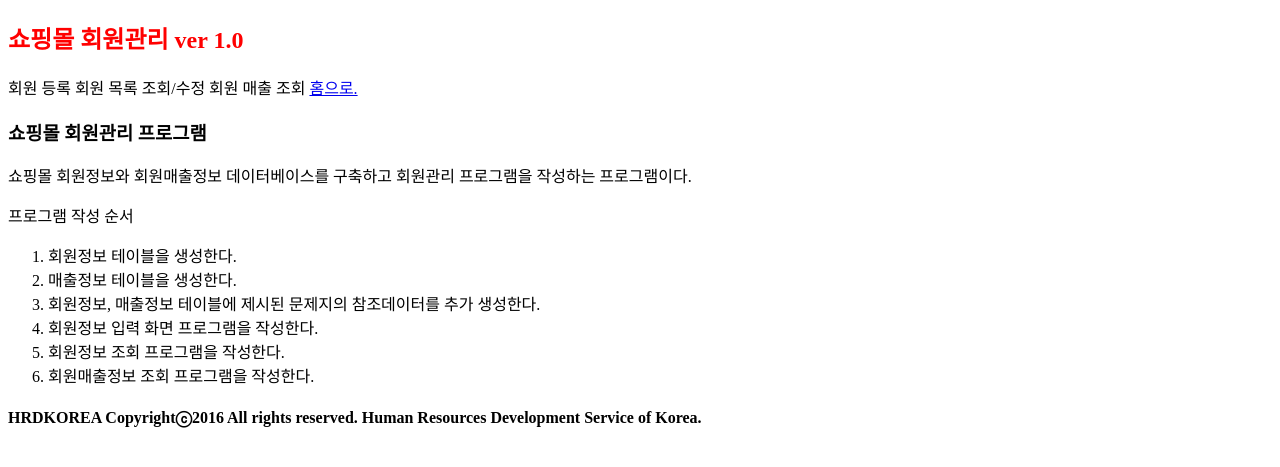
Repository: brightjy/Today-what-I-practiced
Page: http://localhost/HRD_900108/main/main.jsp
The author's editor kept a copy of each file at every save. The page is drawn from the files as they stood at one save, then again after the next save.
The browser window is 1280 px wide. The pictures show the whole page.
The page is served by Tomcat 9.

Above is the page before, as saved 2020-05-09 11:28:46.

### hrdkorea_0509/HRD_900108/WebContent/main/main.jsp
<%@ page language="java" contentType="text/html; charset=UTF-8"
    pageEncoding="UTF-8"%>
<!DOCTYPE html>
<html>
<head>
<meta charset="UTF-8">
<title>Insert title here</title>
<style>
<link rel="stylesheet" href="../css/style.css">
</style>
</head>
<body>
	<jsp:include page="../main/header.jsp"/>
	<section>
		<h3>쇼핑몰 회원관리 프로그램</h3>
		<p>쇼핑몰 회원정보와 회원매출정보 데이터베이스를 구축하고 회원관리 프로그램을 작성하는 프로그램이다.</p>
		<p>프로그램 작성 순서</p>
		<ol>
			<li>회원정보 테이블을 생성한다.</li>
			<li>매출정보 테이블을 생성한다.</li>
			<li>회원정보, 매출정보 테이블에 제시된 문제지의 참조데이터를 추가 생성한다.</li>
			<li>회원정보 입력 화면 프로그램을 작성한다.</li>
			<li>회원정보 조회 프로그램을 작성한다.</li>
			<li>회원매출정보 조회 프로그램을 작성한다.</li>
		</ol>
	</section>
	<jsp:include page="../main/footer.jsp"/>
</body>
</html>

### hrdkorea_0509/HRD_900108/WebContent/main/header.jsp
<%@ page language="java" contentType="text/html; charset=UTF-8"
    pageEncoding="UTF-8"%>
<!DOCTYPE html>
<html>
<head>
<meta charset="UTF-8">
<title>Insert title here</title>
<link rel="stylesheet" href="../css/style.css">
</head>
<body>
	<header>
		<h2>쇼핑몰 회원관리 ver 1.0</h2>
	</header>
	<nav>
		<a>회원 등록</a>
		<a>회원 목록 조회/수정</a>
		<a>회원 매출 조회</a>
		<a href="main.do">홈으로.</a>
	</nav>
</body>
</html>

### hrdkorea_0509/HRD_900108/WebContent/main/footer.jsp
<%@ page language="java" contentType="text/html; charset=UTF-8"
    pageEncoding="UTF-8"%>
<!DOCTYPE html>
<html>
<head>
<meta charset="UTF-8">
<title>Insert title here</title>
</head>
<body>
	<footer>
		<h4>HRDKOREA Copyrightⓒ2016 All rights reserved. Human Resources Development Service of Korea.</h4>
	</footer>
</body>
</html>

### hrdkorea_0509/HRD_900108/WebContent/css/style.css
@charset "UTF-8";

header h2{
	color:red;
}

After the next save:
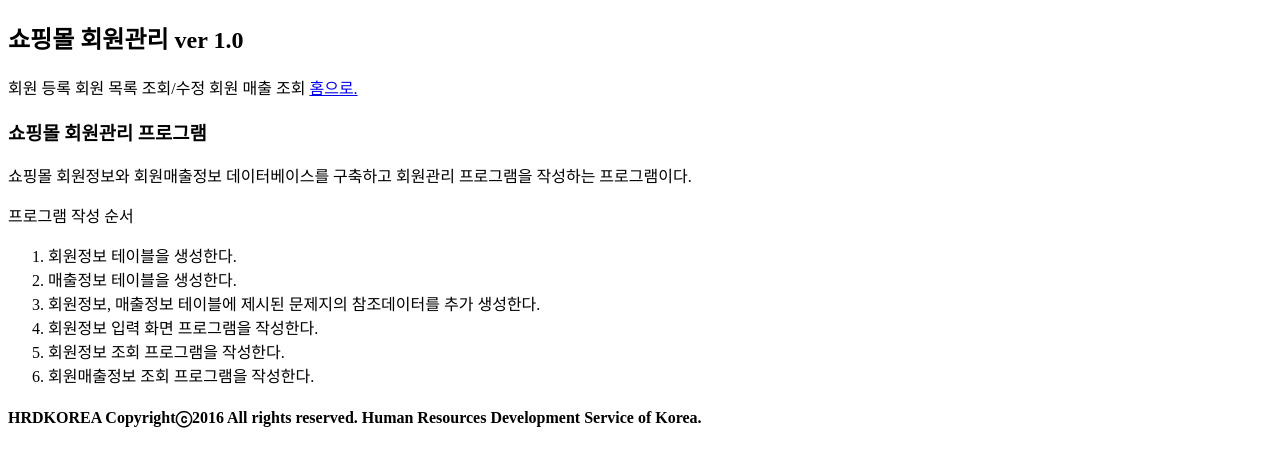
Saved 12 s later.
--- a/hrdkorea_0509/HRD_900108/WebContent/main/header.jsp
+++ b/hrdkorea_0509/HRD_900108/WebContent/main/header.jsp
@@ -5,7 +5,9 @@
 <head>
 <meta charset="UTF-8">
 <title>Insert title here</title>
+<style>
 <link rel="stylesheet" href="../css/style.css">
+</style>
 </head>
 <body>
 	<header>

After the save that followed:
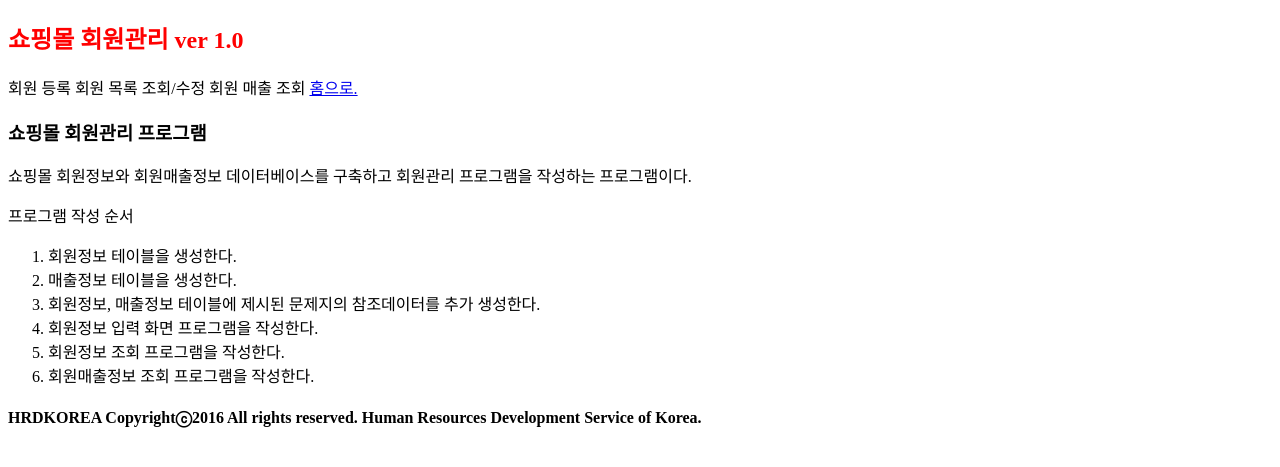
Saved 25 s later.
--- a/hrdkorea_0509/HRD_900108/WebContent/main/header.jsp
+++ b/hrdkorea_0509/HRD_900108/WebContent/main/header.jsp
@@ -5,9 +5,7 @@
 <head>
 <meta charset="UTF-8">
 <title>Insert title here</title>
-<style>
 <link rel="stylesheet" href="../css/style.css">
-</style>
 </head>
 <body>
 	<header>
